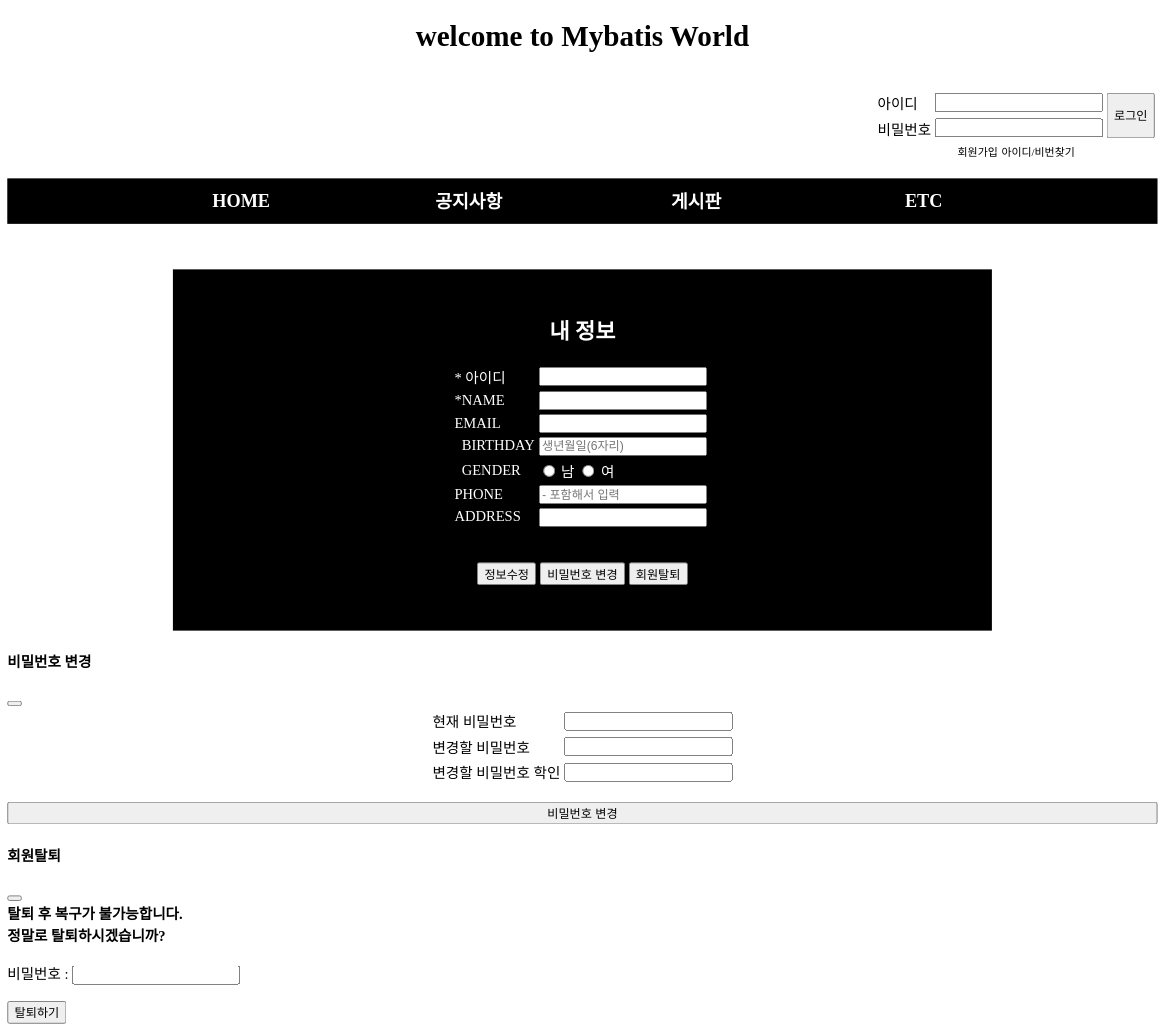
Repository: eru2/Study
Page: http://localhost/mybatisProject/views/member/myPage.jsp
An editor plug-in stored every save of this project. The page is shown before and after the next save, followed by the edit.
The browser window is 1280 px wide. The pictures show the whole page, at 91% of full size.
The page is served by Tomcat 10.

Above is the page before, as saved 2025-03-06 08:14:10.
Console error: ReferenceError: interest is not defined

After the next save:
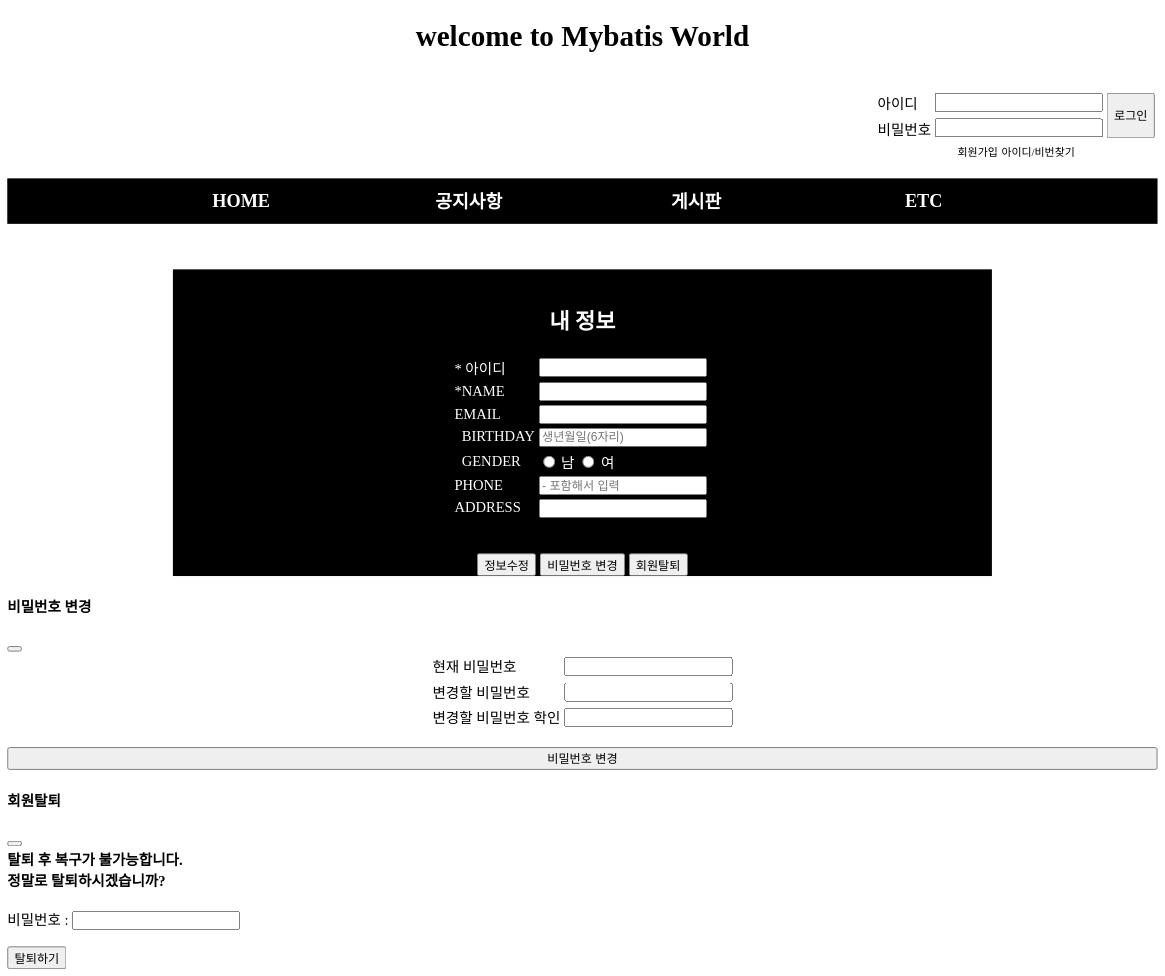
Saved 5 min 57 s later.
--- a/08_MyBatis/mybatisProject/src/main/webapp/views/member/myPage.jsp
+++ b/08_MyBatis/mybatisProject/src/main/webapp/views/member/myPage.jsp
@@ -7,15 +7,6 @@
 	<meta name="viewport" content="width=device-width, initial-scale=1.0">
 	<title>Insert title here</title>
 	<style>
-		.outer{
-			background: #4b89fc;
-			color: white;
-			width: 1000PX;
-			margin: auto;
-			margin-top: 50px;
-			padding: 10px 0px 50px;
-		}
-
 		.outer table{
 			margin: auto;
 		}

After the save that followed:
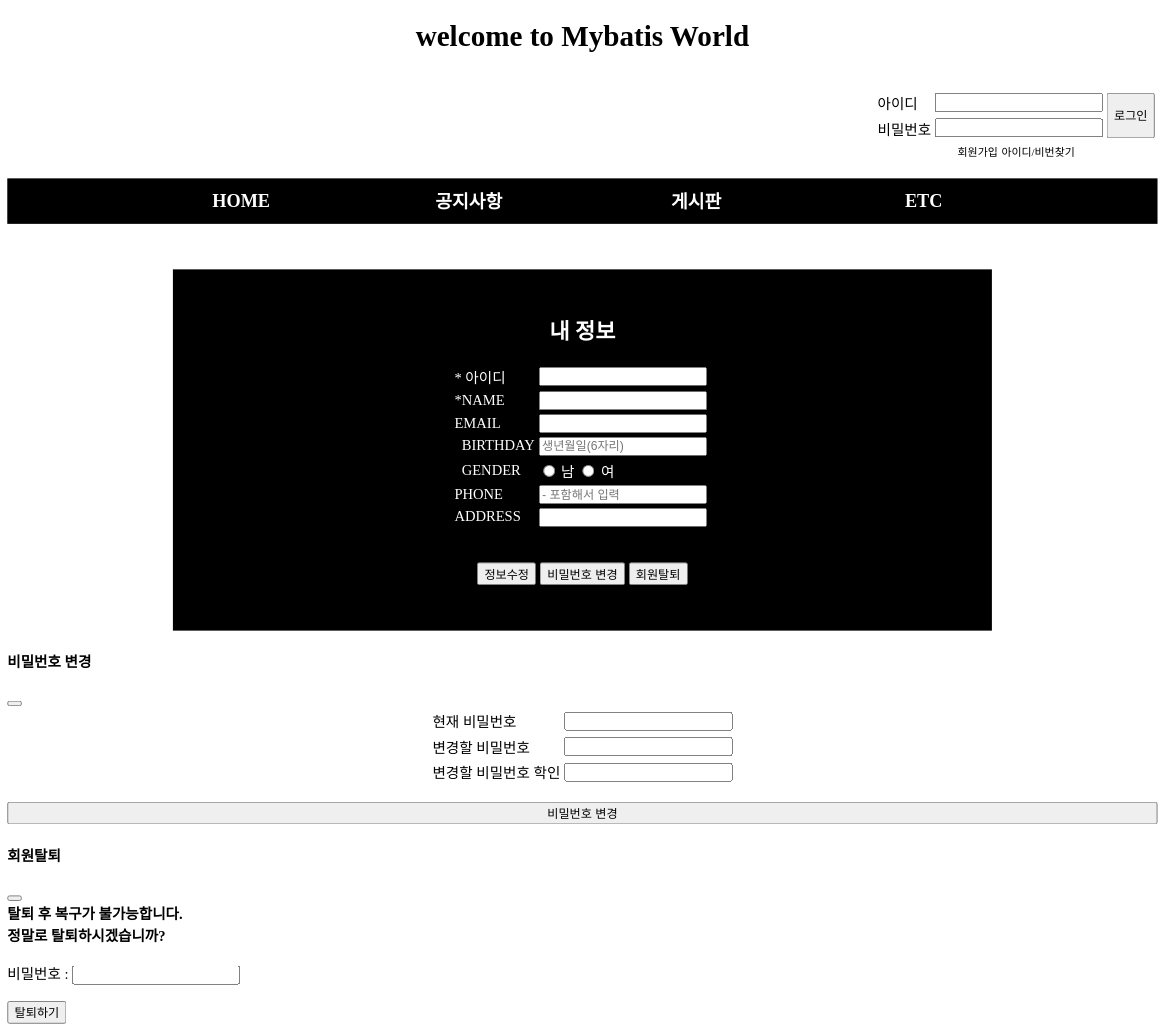
Saved 6 s later.
--- a/08_MyBatis/mybatisProject/src/main/webapp/views/member/myPage.jsp
+++ b/08_MyBatis/mybatisProject/src/main/webapp/views/member/myPage.jsp
@@ -7,6 +7,15 @@
 	<meta name="viewport" content="width=device-width, initial-scale=1.0">
 	<title>Insert title here</title>
 	<style>
+		.outer{
+			background: #4b89fc;
+			color: white;
+			width: 1000PX;
+			margin: auto;
+			margin-top: 50px;
+			padding: 10px 0px 50px;
+		}
+
 		.outer table{
 			margin: auto;
 		}
